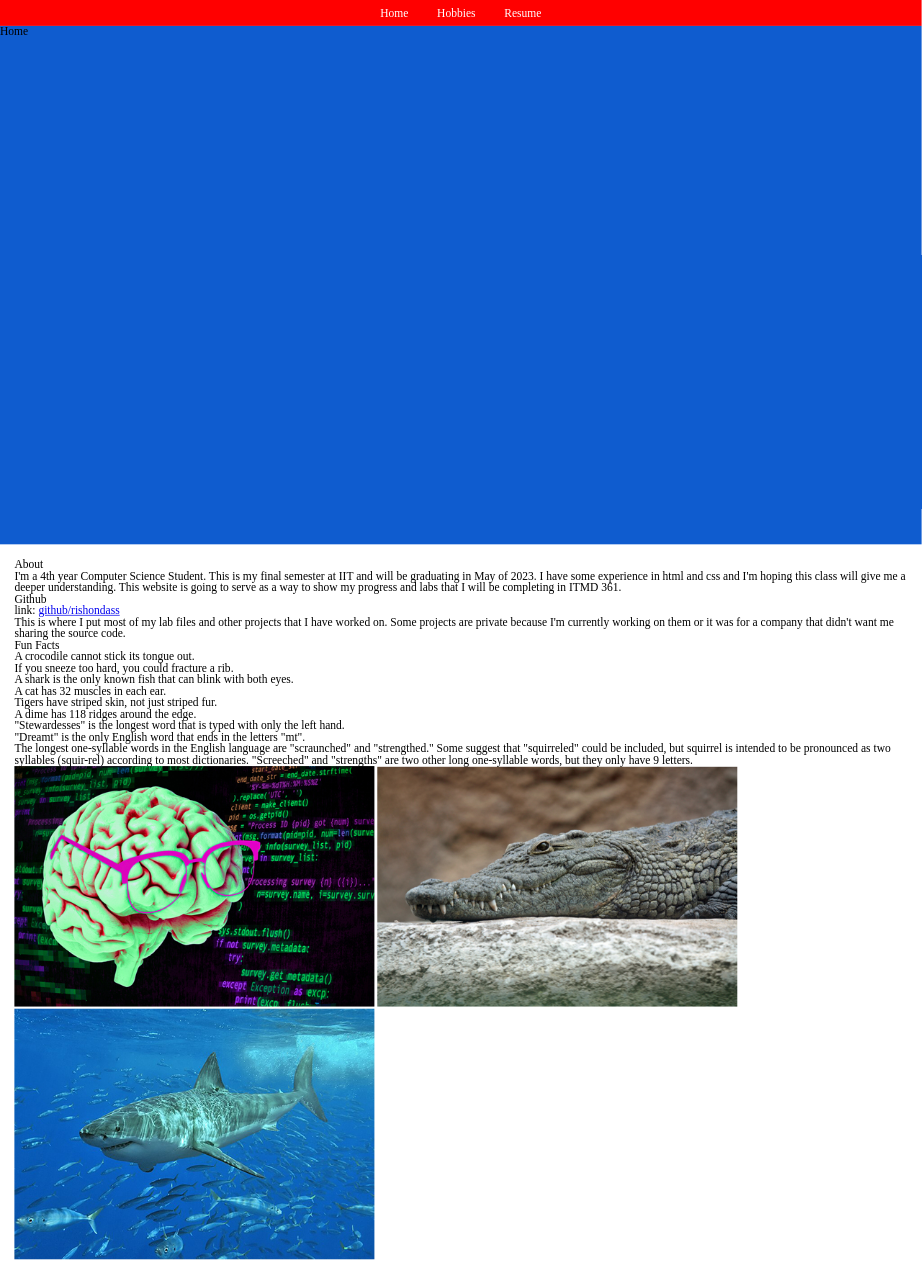
Repository: rishondass/ITMD361-Project2
Page: index.html
The author's editor kept a copy of each file at every save. The page is drawn from the files as they stood at one save, then again after the next save.
The browser window is 1280 px wide. The pictures show the whole page, at 72% of full size.

Above is the page before, as saved 2023-03-07 21:46:00.

### index.html
<!DOCTYPE html>
<html lang="en">
<head>
    <meta charset="UTF-8">
    <meta name="viewport" content="width=device-width, initial-scale=1.0">
    <link rel="stylesheet" href="css/style.css">
    <link rel="stylesheet" href="css/normalize.css">
    <title>Home</title>
</head>
<body>
    <nav id="main-nav">
        <ul>
            <li>
                <a href="index.html">Home</a>
            </li>
            <li>
                <a href="hobbies.html">Hobbies</a>
            </li>
            <li>
                <a href="resume.html">Resume</a>
            </li>
        </ul>
    </nav>
    <div id="hero-section">
        <h1>
            Home
        </h1>
    </div>
    <div id="main-container">
        <h2>
            About
        </h2>
        <p>
            I'm a 4th year Computer Science Student. This is my final semester at IIT and will be graduating in May of 2023. I have some experience in html and css and I'm hoping this class will give me a deeper understanding. This website is going to serve as a way to show my progress and labs that I will be completing in ITMD 361.
        </p>
        <h2>
            Github
        </h2>
        <p>
            link: <a target="_blank" href="https://www.github.com/rishondass">github/rishondass</a>
        </p>
        <p>
            This is where I put most of my lab files and other projects that I have worked on. Some projects are private because I'm currently working on them or it was for a company that didn't want me sharing the source code.
        </p>
        <h2>
            Fun Facts
        </h2>
        <ul>
            <li>
                A crocodile cannot stick its tongue out.
            </li>
            <li>
                If you sneeze too hard, you could fracture a rib.
            </li>
            <li>
                A shark is the only known fish that can blink with both eyes.
            </li>
            <li>
                A cat has 32 muscles in each ear.
            </li>
            <li>
                Tigers have striped skin, not just striped fur.
            </li>
            <li>
                A dime has 118 ridges around the edge.
            </li>
            <li>
                "Stewardesses" is the longest word that is typed with only the left hand.
            </li>
            <li>
                "Dreamt" is the only English word that ends in the letters "mt".
            </li>
            <li>
                The longest one-syllable words in the English language are "scraunched" and "strengthed." Some suggest that "squirreled" could be included, but squirrel is intended to be pronounced as two syllables (squir-rel) according to most dictionaries. "Screeched" and "strengths" are two other long one-syllable words, but they only have 9 letters.
            </li>
        </ul>
        <img src="images/code.jpg" alt="image_of_code">
        <img src="images/Nile_crocodile_head.jpg" alt="image_of_crocodile">
        <img src="images/White_shark.jpg" alt="image_of_shark">

    </div>
</body>
</html>

### css/style.css
#main-nav{
    background-color: red;
    overflow: hidden;
}

#main-nav ul{
    list-style-type: none;
    padding: 0;
    margin: 0;
    display: flex;
    justify-content: center;
}

#main-nav a{
   display: block;
   padding: 10px 20px;
   text-decoration: none;
   color: white;
}


#main-nav a:hover{
    background-color: rgb(255, 255, 255);
    color:black;
}

#main-container{
    margin: 20px;
}

#hero-section{
    width: 100%;
    height: 100vh;
    background-color:rgb(15, 92, 207);
}

Loaded but not shown: css/normalize.css (common file)

After the next save:
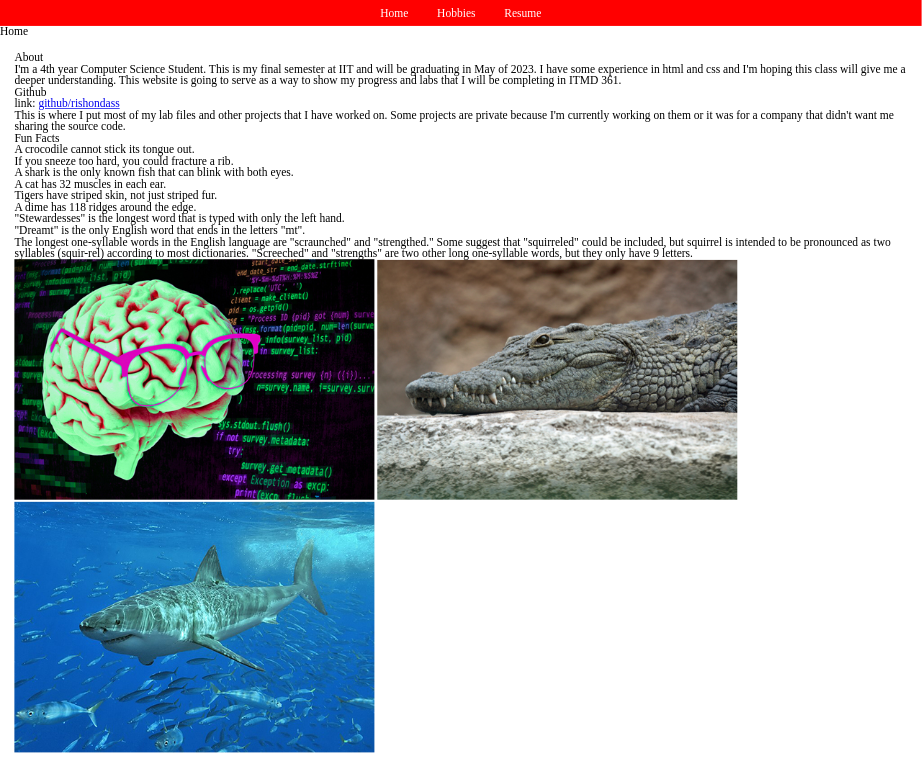
Saved 53 s later.
--- a/css/style.css
+++ b/css/style.css
@@ -28,8 +28,8 @@
     margin: 20px;
 }
 
-#hero-section{
+/* #hero-section{
     width: 100%;
     height: 100vh;
     background-color:rgb(15, 92, 207);
-}
+} */
